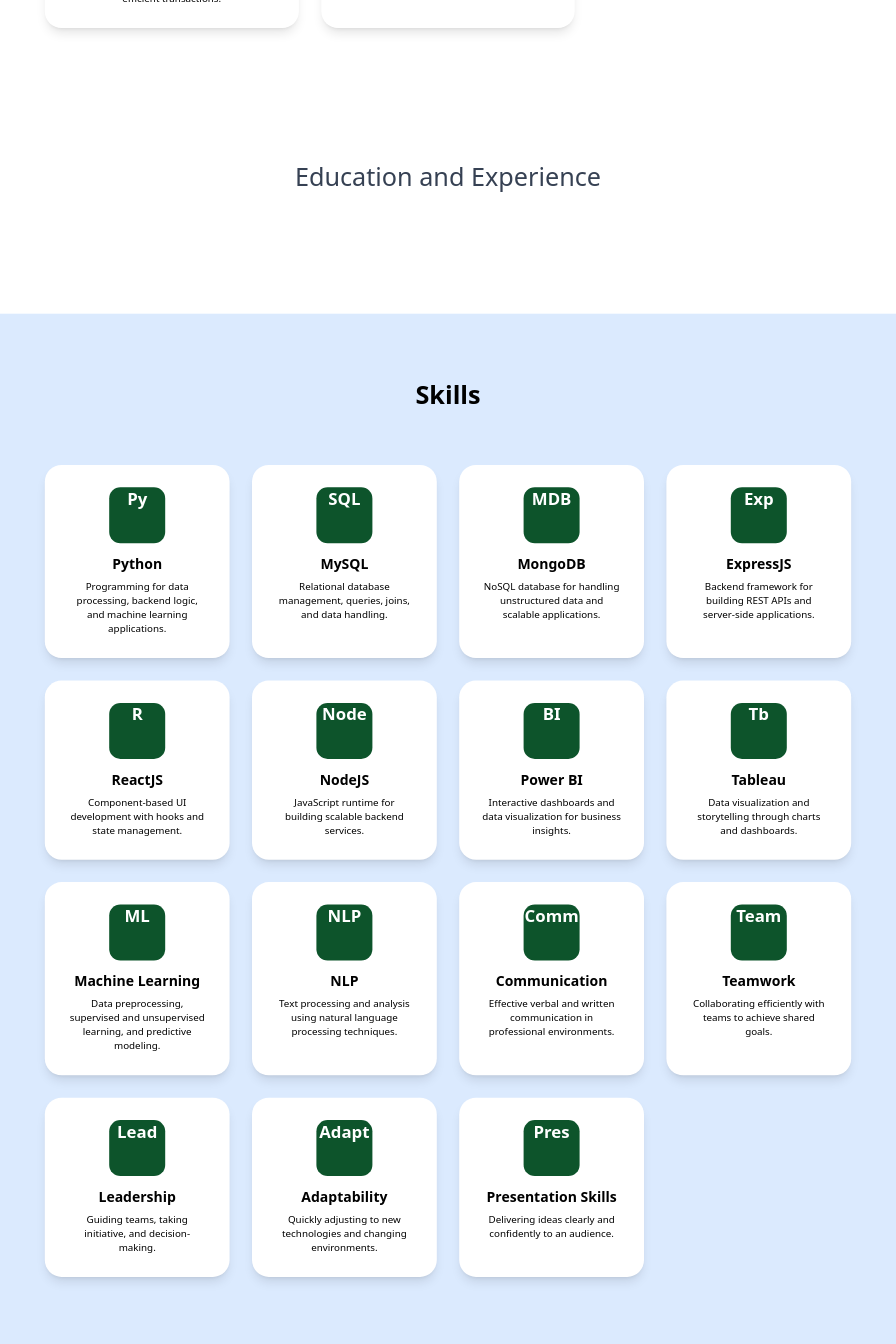
Repository: Rhaashee/myProfile
Page: index.html
The author's editor kept a copy of each file at every save. The page is drawn from the files as they stood at one save, then again after a run of saves.
The browser window is 1280 px wide. The pictures show the part of the page from y = 1803 to 3723 px (the page is 3723 px tall before and 3683 px after), at 70% of full size.

Above is the page before, as saved 2026-04-27 16:54:28.
Console error: SyntaxError: Identifier 'projectsData' has already been declared

### index.html
<!-- MERN_Stu_FebMay26Mys\W4\D5\portfolio-project\index.html -->
<!DOCTYPE html>
<html lang="en">

<head>
    <meta charset="UTF-8">
    <meta name="viewport" content="width=device-width, initial-scale=1.0">

    <title>Week 3 & 4 Portfolio Project</title>

    <script src="https://cdn.jsdelivr.net/npm/@tailwindcss/browser@4"></script>

    <link rel="stylesheet" href="css/custom.css">

</head>

<body>
    <!-- HERO SECTION -->

    <section
        class="min-h-screen flex flex-col lg:flex-row lg:items-center lg:justify-between px-8 lg:px-16 py-20 gap-12 lg:gap-20">

        <div class="order-2 lg:order-1 flex-1 lg:max-w-lg text-center lg:text-left">

            <h1 class="text-5xl mb-6">Rhaashee L</h1>

            <p class="text-xl lg:text-2xl text-slate-600 font-bold mb-10 max-w-md mx-auto lg:mx-0">
                Full-Stack developer | MERN enthusiast | Competitive Programmer
            </p>

            <div
                class="flex flex-col sm:flex-row gap-4 justify-center lg:justify-start items-center lg:items-start mb-8">

                <a href="#projects" class="bg-red-400 hover:bg-green-500 px-10 py-4 rounded shadow-xl">
                    View Projects
                </a>

                <a href="#resume" class="bg-blue-400 hover:bg-green-500 px-10 py-4 rounded shadow-xl">
                    Download Resume
                </a>

            </div>

            <div class="flex flex-wrap gap-6 justify-center lg:justify-start text-sm font-bold">

                <span>100+ Github commits</span>
                <span>50 LeetCode Questions Solved</span>
                <span>1 live projects completed</span>

            </div>

        </div>

        <div class="order-1 lg:order-2 w-full lg:w-96 max-w-sm mx-auto lg:mx-0">

            <img src="assets/images/img.jpg" alt="My photo"
                class="aspect-square w-full rounded shadow-lg mx-auto lg:mx-0 hover:ring-blue-500 transition-all duration-300 hover:scale-[1.02]"
                loading="lazy">

        </div>

    </section>

    <!-- NAVBAR -->

    <nav class="sticky top-0 z-50 bg-white/95 backdrop-blur-md border-b shadow-lg">

        <div class="max-w-7xl mx-auto px-6 py-4 flex items-center justify-between">

            <a href="#"
                class="text-2xl font-bold bg-clip-text bg-gradient-to-r from-red-400 to-slate-700 text-transparent">
                RKR
            </a>

            <ul class="hidden md:flex items-center gap-10">

                <li><a href="#projects" class="text-lg font-bold hover:text-blue-600">Projects</a></li>

                <li><a href="#experience" class="text-lg font-bold hover:text-blue-600">Experience</a></li>

                <li><a href="#skills" class="text-lg font-bold hover:text-blue-600">Skills</a></li>

            </ul>
            <button id="theme-toggle" class="bg-blue-200 px-4 py-2 rounded font-bold">Theme</button>
            <a href="#contact" class="bg-red-400 hover:bg-green-500 rounded transition-all duration-300 px-8 py-3">
                Let's talk
            </a>

        </div>

    </nav>

    <!-- PROJECTS -->

    <section id="projects" class="py-24 px-8 lg:px-16">

        <div class="max-w-7xl mx-auto">

            <div class="text-center mb-10">

                <h2 class="text-4xl lg:text-5xl mb-6">My Projects</h2>

                <p class="text-xl max-w-2xl mx-auto">
                    Enterprise scale full-stack applications built with modern frameworks
                </p>

            </div>

            <!-- Project Search (Feature will attach here) -->

            <div class="mb-10 text-center">

                <input id="project-search" type="text" placeholder="Search projects..."
                    class="border rounded px-6 py-3 w-full max-w-md">

            </div>

            <!-- Project Filter Bar -->

            <div id="project-filters" class="flex flex-wrap justify-center gap-4 mb-12">
            </div>

            <!-- Dynamic container for projects -->

            <div id="projects-container" class="grid grid-cols-1 md:grid-cols-2 lg:grid-cols-3 gap-8">
            </div>

        </div>

    </section>

    <!-- EXPERIENCE -->

    <section id="experience" class="py-24 px-8 lg:px-16">

        <div class="max-w-4xl mx-auto">

            <h2 class="text-4xl text-gray-700 text-center mb-20">
                Education and Experience
            </h2>

            <!-- existing experience cards remain unchanged -->

        </div>

    </section>

    <!-- SKILLS -->

    <section id="skills" class="py-24 px-8 lg:px-16 bg-blue-100">

        <div class="max-w-7xl mx-auto">

            <h2 class="text-4xl text-center font-bold mb-20">
                Skills
            </h2>

            <!-- Dynamic Skills Container -->

            <div id="skills-container" class="grid grid-cols-1 md:grid-cols-2 lg:grid-cols-4 gap-8">
            </div>

        </div>

    </section>

    <!-- CONTACT MODAL -->

    <button id="modal-trigger"
        class="fixed bottom-8 right-8 w-16 h-16 bg-blue-900 text-white rounded-full shadow-2xl flex items-center justify-center text-2xl font-bold">
        ☏
    </button>

    <div id="contact-modal" class="fixed inset-0 z-50 hidden bg-black/50 backdrop-blur-md">

        <div class="flex items-center justify-center min-h-screen p-4">

            <div id="modal-content"
                class="bg-white w-full max-w-md rounded-2xl shadow-2xl scale-95 opacity-0 transition-all duration-300">

                <div class="sticky top-0 border-b p-8 pt-12 bg-white">

                    <h3 class="text-2xl font-bold">Contact Me</h3>

                    <button id="modal-close" class="absolute top-6 right-6 text-2xl font-bold">
                        ×
                    </button>

                </div>

                <form id="contact-form" class="p-8 space-y-4">

                    <input id="contact-name" type="text" placeholder="Your name"
                        class="w-full border rounded px-4 py-3">

                    <input id="contact-email" type="email" placeholder="email@website.com"
                        class="w-full border rounded px-4 py-3">

                    <p id="form-message" class="text-sm text-red-500"></p>

                    <div class="flex flex-col sm:flex-row gap-4 pt-4">

                        <button type="button" id="form-cancel" class="flex-1 font-bold py-4 px-6">
                            Cancel
                        </button>

                        <button type="submit" class="flex-1 font-bold py-4 px-6">
                            Submit
                        </button>

                    </div>

                </form>

            </div>

        </div>

    </div>
    <!-- SWIPE TO HOME BUTTON -->

    <button id="home-swiper"
        class="fixed bottom-8 left-8 bg-pink-200 text-white px-5 py-3 rounded-full shadow-xl hover:bg-blue-600 transition">
        Back to Home
    </button>
    <!-- MAIN JS ENTRY-->

    <script src="js/data/projects.js"></script>
    <script src="js/data/skills.js"></script>
    <script src="js/features/skills-render.js"></script>
    <script src="js/features/modal.js"></script>
    <script src="js/features/contact-validation.js"></script>
    <script src="js/features/theme-toggle.js"></script>
    <script src="js/data/projects.js"></script>
    <script src="js/features/project-filter.js"></script>
    <script src="js/features/project-search.js"></script>
    <script src="js/main.js"></script>
    <script src="js/features/BackToTop.js"></script>



</body>

</html>

### css/custom.css
.dark-mode{
    background-color: black;
    color: white;
}
.dark-mode nav{
    background-color: rgb(178, 173, 173);
    color: white;
}
.dark-mode section{
    background-color: rgb(0, 0, 0);
    color: white;
}
.dark-mode .bg-blue-100{
    background-color: rgb(235, 236, 240);
    color: rgb(153, 145, 145);
}
.dark-mode .bg-white{
    background-color: rgb(0, 0, 0);
}
.dark-mode .text-gray-700{
    color: white;
}

### js/data/projects.js
const projectsData = [
  {
    id: 1,
    name: "Virtual Herbal Garden – AYUSH Soap Products",
    category: "Web Development",
    description:
      "Designed an interactive platform for exploring herbal plants and their uses in AYUSH soap products, providing detailed plant and product information.",
    technologies: ["Python", "HTML", "CSS"],
    status: "Completed",
    liveDemo: "#",
    github: "#"
  },
  {
    id: 2,
    name: "AI-Integrated Feedback System for Teachers (Prototype)",
    category: "AI / NLP",
    description:
      "Built a prototype to automate student feedback collection and analysis using NLP techniques, enabling structured insights from textual responses.",
    technologies: ["Python", "Flask", "NLP"],
    status: "Prototype",
    liveDemo: "#",
    github: "#"
  },
  {
    id: 3,
    name: "Portfolio Website",
    category: "Frontend",
    description:
      "Responsive personal portfolio website showcasing projects, skills, and contact information.",
    technologies: ["HTML", "Tailwind CSS", "JavaScript"],
    status: "Live",
    liveDemo: "#",
    github: "#"
  },{

    id: 5,
    name: "Land Leasing Platform for Farmers (Ongoing)",
    category: "Web Development",
    description:
      "Developing a web-based platform for secure land leasing with buyer and seller authentication, enabling transparent and efficient transactions.",
    technologies: ["HTML", "CSS", "JavaScript", "MySQL"],
    status: "Ongoing",
    liveDemo: "#",
    github: "#"
  },
  {
    id: 6,
    name: "BookMyShow Clone",
    category: "MERN",
    description:
      "Full stack movie ticket booking application with AI-powered smart movie suggestions.",
    technologies: ["ReactJS", "ExpressJS", "MongoDB", "NodeJS"],
    status: "Demo",
    liveDemo: "#",
    github: "#"
  }

];

### js/data/skills.js

const skillsData = [
  {
    id: 1,
    name: "Python",
    shortLabel: "Py",
    description: "Programming for data processing, backend logic, and machine learning applications."
  },
  {
    id: 2,
    name: "MySQL",
    shortLabel: "SQL",
    description: "Relational database management, queries, joins, and data handling."
  },
  {
    id: 3,
    name: "MongoDB",
    shortLabel: "MDB",
    description: "NoSQL database for handling unstructured data and scalable applications."
  },
  {
    id: 4,
    name: "ExpressJS",
    shortLabel: "Exp",
    description: "Backend framework for building REST APIs and server-side applications."
  },
  {
    id: 5,
    name: "ReactJS",
    shortLabel: "R",
    description: "Component-based UI development with hooks and state management."
  },
  {
    id: 6,
    name: "NodeJS",
    shortLabel: "Node",
    description: "JavaScript runtime for building scalable backend services."
  },
  {
    id: 7,
    name: "Power BI",
    shortLabel: "BI",
    description: "Interactive dashboards and data visualization for business insights."
  },
  {
    id: 8,
    name: "Tableau",
    shortLabel: "Tb",
    description: "Data visualization and storytelling through charts and dashboards."
  },
  {
    id: 9,
    name: "Machine Learning",
    shortLabel: "ML",
    description: "Data preprocessing, supervised and unsupervised learning, and predictive modeling."
  },
  {
    id: 10,
    name: "NLP",
    shortLabel: "NLP",
    description: "Text processing and analysis using natural language processing techniques."
  },
  {
    id: 11,
    name: "Communication",
    shortLabel: "Comm",
    description: "Effective verbal and written communication in professional environments."
  },
  {
    id: 12,
    name: "Teamwork",
    shortLabel: "Team",
    description: "Collaborating efficiently with teams to achieve shared goals."
  },
  {
    id: 13,
    name: "Leadership",
    shortLabel: "Lead",
    description: "Guiding teams, taking initiative, and decision-making."
  },
  {
    id: 14,
    name: "Adaptability",
    shortLabel: "Adapt",
    description: "Quickly adjusting to new technologies and changing environments."
  },
  {
    id: 15,
    name: "Presentation Skills",
    shortLabel: "Pres",
    description: "Delivering ideas clearly and confidently to an audience."
  }
];

### js/features/skills-render.js
function renderSkills(){
    const skillsContainer = document.getElementById("skills-container");

    if(!skillsContainer){
        console.log("Skills Contianer not found");
        return;
    }
    skillsContainer.innerHTML = "";
    skillsData.forEach(function(skill){
        // to create outer card
        const card = document.createElement("div");
        card.className = "p-8 text-center bg-white rounded-3xl shadow-lg";

        // create icon
        const iconBox = document.createElement("div");
        iconBox.className = "w-20 h-20 mx-auto mb-4 bg-green-900 rounded-2xl flex item-center justify-center";

        // create icon
        const iconText = document.createElement("span");
        iconText.className = "text-2xl text-white font-bold"
        iconText.textContent = skill.shortLabel;

        // Put iconText inside iconBox
        iconBox.appendChild(iconText);

        // create a skill name
        const skillsName = document.createElement("h3");
        skillsName.className = "text-xl font-bold mb-2";
        skillsName.textContent = skill.name;

        // create skill description
        const skillDescription = document.createElement("p");
        skillDescription.className = "text-sm";
        skillDescription.textContent = skill.description;

        // append all child elements to card
        card.appendChild(iconBox);
        card.appendChild(skillsName);
        card.appendChild(skillDescription);

        // append card to skills container
        skillsContainer.appendChild(card);
    });
    console.log("Skills rendered successfully");
}

### js/features/modal.js
function initModal(){
    const modal = document.getElementById("contact-modal");
    const modalContent = document.getElementById("modal-content");
    const modalTrigger = document.getElementById("modal-trigger");
    const modalClose = document.getElementById("modal-close");
    const formCancel = document.getElementById("form-cancel");

    if(!modal || !modalContent || !modalTrigger || !modalClose || !formCancel){
        console.log("Modal element not found");
        return;
    }
    function openModal(){
        modal.classList.remove("hidden");

        setTimeout(function(){
            modalContent.classList.remove("scale-95","opacity-0");
        },10);
    }
    function closeModal(){
        modalContent.classList.add("scale-95","opacity-0");
        setTimeout(function(){
            modal.classList.add("hidden");
        },200);
    }
    modalTrigger.addEventListener("click",openModal);
    modalClose.addEventListener("click",closeModal);
    formCancel.addEventListener("click",closeModal);

    //close when clicking on backdrop
    modal.addEventListener("click",function(event){
        if(event.target === modal){
            closeModal();
        }
    });
    console.log("Modal opened successfully");
}

### js/features/contact-validation.js
function initContactValidation(){
    const contactModal = document.getElementById("contact-modal");
    const contactForm = document.getElementById("contact-form");
    const contactName = document.getElementById("contact-name");
    const contactEmail = document.getElementById("contact-email");
    const formMessage = document.getElementById("form-message");

    if(!contactModal || !contactForm || !contactName || !contactEmail || !formMessage){
        console.log("Contact form elements not found");
        return;
    }

    contactForm.addEventListener("submit",function(event){
        event.preventDefault();

        const name = contactName.value.trim();
        const email = contactEmail.value.trim();

        formMessage.textContent = "";
        formMessage.className = "text-sm";

        // Name validation
        if(name === ""){
            formMessage.textContent = "Name is required";
            formMessage.classList.add("text-red-500");
            contactName.focus();
            return;
        }
        if(name.length < 5){
            formMessage.textContent = "Name must be atleast 5 chars"
            formMessage.classList.add("text-red-500");
            contactName.focus();
            return;
        }
        // Email Validation
        if(email === ""){
            formMessage.textContent = "Email is required";
            formMessage.classList.add("text-red-500");
            contactEmail.focus();
            return;
        }
        const emailPattern = /^[^\s@]+@[^\s@]+\.[^\s@]+$/;

        if(!emailPattern.test(email)){
            formMessage.textContent = "Enter valid email";
            formMessage.classList.add("text-red-500");
            contactEmail.focus();
            return;
        }

        formMessage.textContent = "Meassage Submitted Sucessfully";
        formMessage.classList.add("text-green-600");
        console.log("Valid credentials : ",{name:name,email:email});
        contactForm.reset();
    });
    contactName.addEventListener("input",function(){
        formMessage.textContent = "";
    });
    contactEmail.addEventListener("input",function(){
        formMessage.textContent = "";
    });
}

### js/features/theme-toggle.js
function initThemeToggle(){
    const toggleBtn = document.getElementById("theme-toggle");
    const body = document.body;

    const savedTheme = localStorage.getItem("portfolio-theme");

    if(savedTheme === "dark"){
        body.classList.add("dark-mode");
    }
    toggleBtn.addEventListener("click",function(){
        body.classList.toggle("dark-mode");
        if(body.classList.contains("dark-mode")){
            localStorage.setItem("portfolio-theme","dark");
            console.log("Dark mode enanbled");
        }else{
            localStorage.setItem("portfolio-theme","light");
            console.log("Light mode enanbled");
        }
    });
}

### js/features/project-filter.js
function filterProject(projects) {
    const projectsContainer = document.getElementById("projects-container");

    if (!projectsContainer) {
        console.log("Project container not found");
        return;
    }

    projectsContainer.innerHTML = "";

    projects.forEach(function (project) {

        const card = document.createElement("div");
        card.className = "p-8 text-center bg-white rounded-3xl shadow-lg";

        const iconBox = document.createElement("div");
        iconBox.className = "w-20 h-20 mx-auto mb-4 flex items-center justify-center bg-blue-500 rounded-full";

        const iconText = document.createElement("span");
        iconText.className = "text-2xl text-white font-bold";
        iconText.textContent = project.shortLabel || "P";

        iconBox.appendChild(iconText);

        const projectName = document.createElement("h2");
        projectName.className = "text-xl font-bold mb-2";
        projectName.textContent = project.name;

        const projectDescription = document.createElement("p");
        projectDescription.className = "text-sm";
        projectDescription.textContent = project.description;

        card.appendChild(iconBox);
        card.appendChild(projectName);
        card.appendChild(projectDescription);

        projectsContainer.appendChild(card);
    });
}

### js/features/project-search.js
// render all projects initially
document.addEventListener("DOMContentLoaded", function () {
    filterProject(projectsData);
});

document.addEventListener("DOMContentLoaded", function () {

    const searchInput = document.getElementById("project-search");

    // show all projects initially
    filterProject(projectsData);

    if (searchInput) {
        searchInput.addEventListener("input", function () {

            const searchTerm = searchInput.value.toLowerCase();

            const filteredProjects = projectsData.filter(function (project) {
                return (
                    project.name.toLowerCase().includes(searchTerm) ||
                    project.description.toLowerCase().includes(searchTerm) ||
                    (project.technologies &&
                        project.technologies.join(" ").toLowerCase().includes(searchTerm)) ||
                    (project.category &&
                        project.category.toLowerCase().includes(searchTerm))
                );
            });

            filterProject(filteredProjects);
        });
    }

});

### js/main.js
document.addEventListener("DOMContentLoaded", function(){
    // Render Skills
    renderSkills();
    initModal();
    initContactValidation();
    initThemeToggle();
    SearchProjects();
})

### js/features/BackToTop.js
const swiperButton = document.getElementById("home-swiper");

// safety check (important)
if (swiperButton) {

    // hide initially
    swiperButton.style.display = "none";

    // scroll to top
    swiperButton.addEventListener("click", function () {
        window.scrollTo({
            top: 0,
            behavior: "smooth"
        });
    });

    // show on scroll
    window.addEventListener("scroll", function () {
        if (window.scrollY > 300) {
            swiperButton.style.display = "block";
        } else {
            swiperButton.style.display = "none";
        }
    });

}

After the next 2 saves:
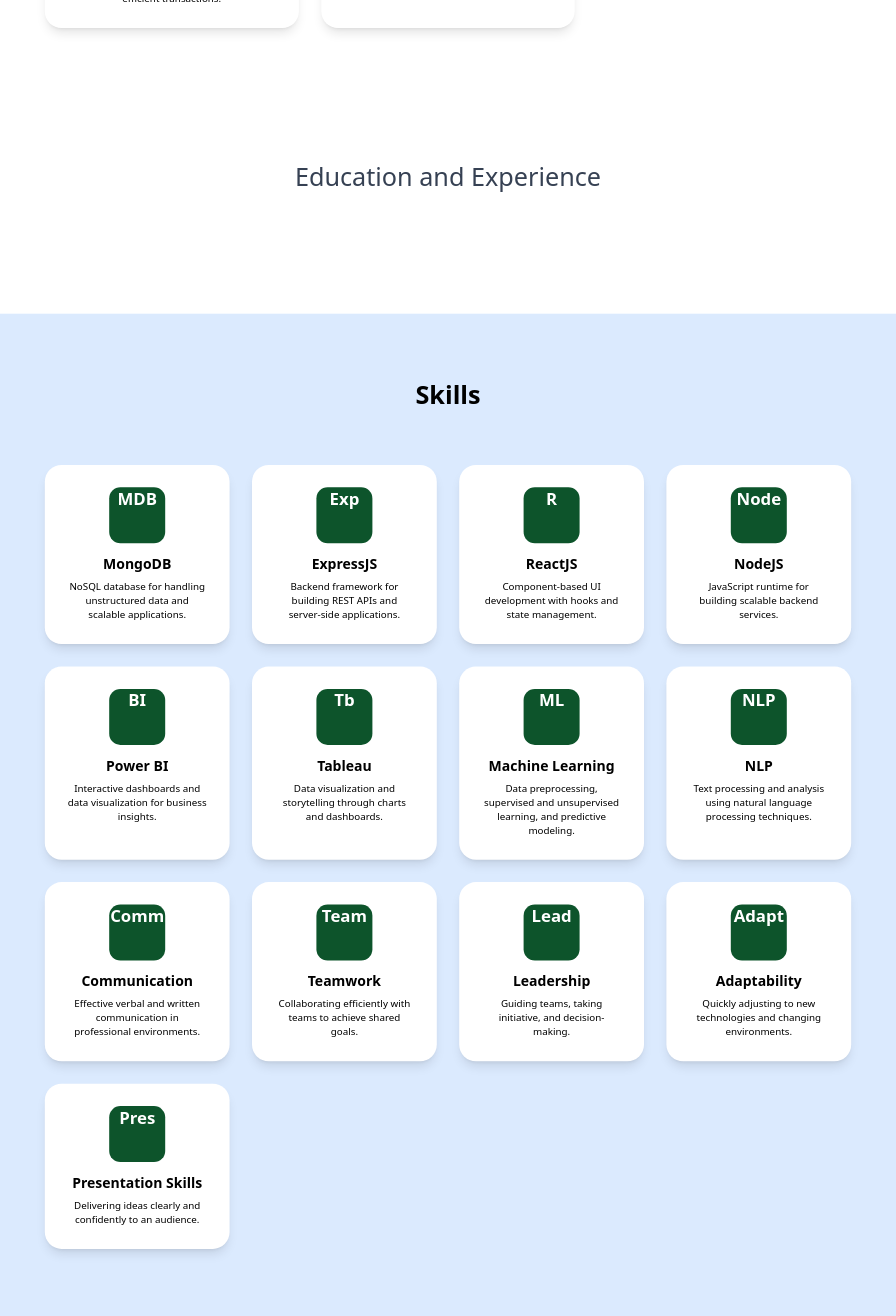
The 2 saves are shown as one change because they came seconds apart.
The last was saved 38 s later.
--- a/js/data/skills.js
+++ b/js/data/skills.js
@@ -1,17 +1,5 @@
 
 const skillsData = [
-  {
-    id: 1,
-    name: "Python",
-    shortLabel: "Py",
-    description: "Programming for data processing, backend logic, and machine learning applications."
-  },
-  {
-    id: 2,
-    name: "MySQL",
-    shortLabel: "SQL",
-    description: "Relational database management, queries, joins, and data handling."
-  },
   {
     id: 3,
     name: "MongoDB",
